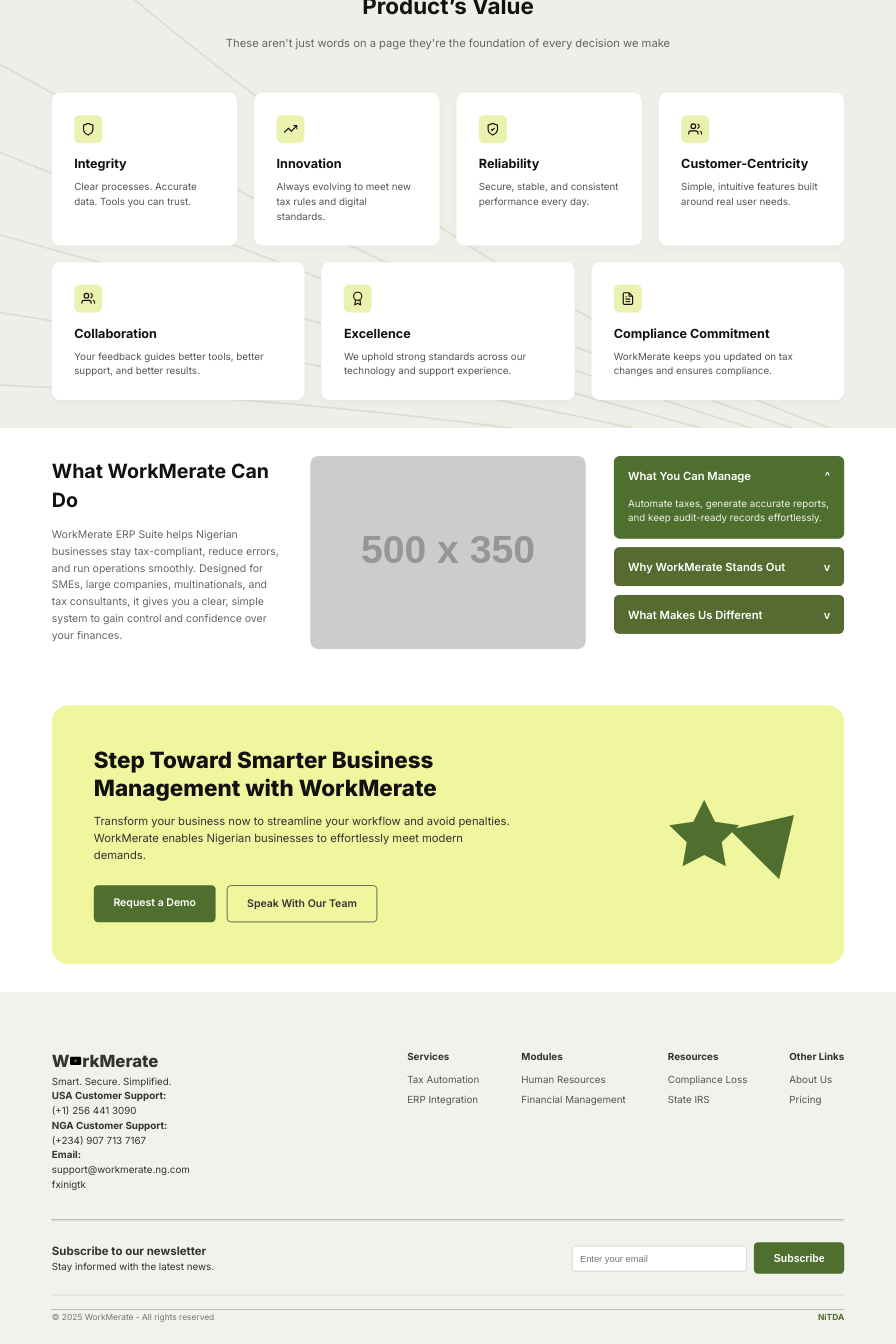
Repository: AYANO-EMMANUEL/workmerate
Page: about.html
The author's editor kept a copy of each file at every save. The page is drawn from the files as they stood at one save, then again after a run of saves.
The browser window is 1280 px wide. The pictures show the part of the page from y = 1262 to 3182 px (the page is 3182 px tall before and 3174 px after), at 70% of full size.

Above is the page before, as saved 2026-02-02 14:49:10.

After the next 6 saves:
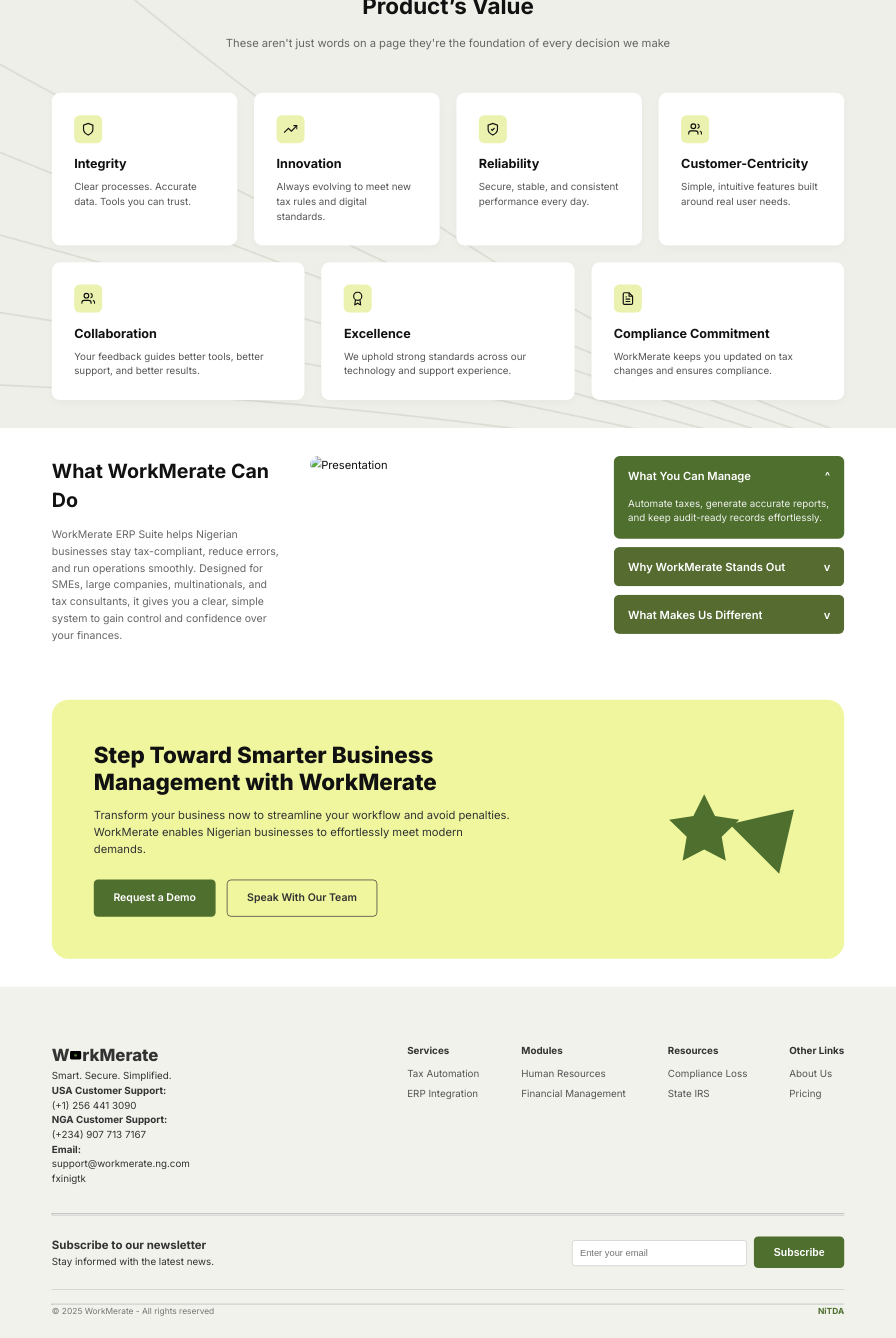
Not found: assets/about-us-three.png
The 6 saves are shown as one change because they came seconds apart.
The last was saved 3 min 55 s later.
--- a/about.html
+++ b/about.html
@@ -124,7 +124,7 @@
                     <p>WorkMerate ERP Suite helps Nigerian businesses stay tax-compliant, reduce errors, and run operations smoothly. Designed for SMEs, large companies, multinationals, and tax consultants, it gives you a clear, simple system to gain control and confidence over your finances.</p>
                 </div>
                 <div class="feat-image">
-                    <img src="https://placehold.co/500x350/eeeeee/999999?text=Presentation" alt="Presentation">
+                    <img src="./assets/about-us-three.png" alt="Presentation">
                 </div>
                 <div class="feat-accordion">
                     <div class="acc-item expanded">

After the 3 saves that followed:
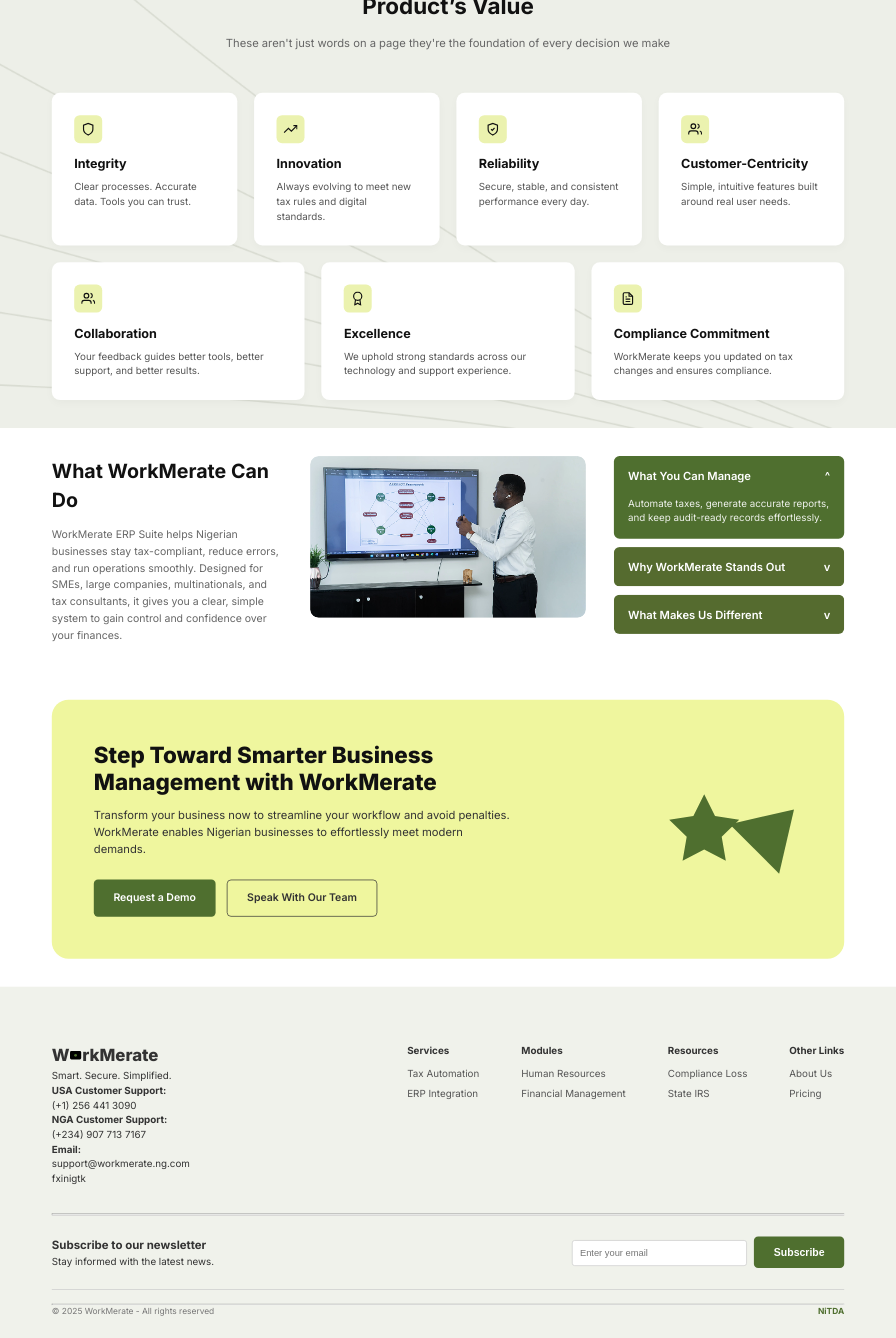
The 3 saves are shown as one change because they came seconds apart.
The last was saved 7 s later.
--- a/about.html
+++ b/about.html
@@ -124,7 +124,7 @@
                     <p>WorkMerate ERP Suite helps Nigerian businesses stay tax-compliant, reduce errors, and run operations smoothly. Designed for SMEs, large companies, multinationals, and tax consultants, it gives you a clear, simple system to gain control and confidence over your finances.</p>
                 </div>
                 <div class="feat-image">
-                    <img src="./assets/about-us-three.png" alt="Presentation">
+                    <img src="./assets/about-us-two.png" alt="Presentation">
                 </div>
                 <div class="feat-accordion">
                     <div class="acc-item expanded">
